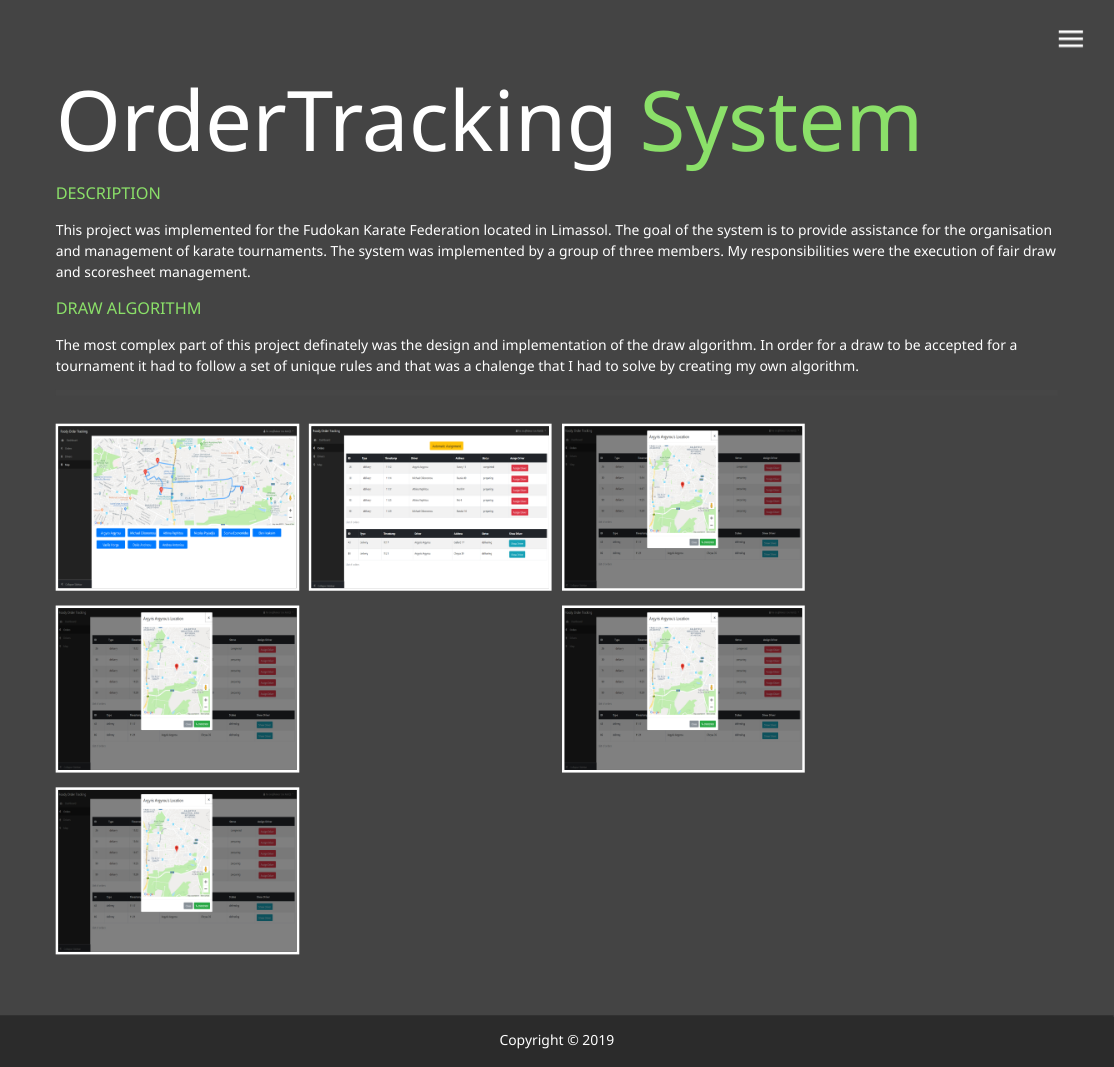
Repository: Preap/portfolio
Page: dist/projects/ordertracking.html
An editor plug-in stored every save of this project. The page is shown before and after the next save, followed by the edit.
The browser window is 1280 px wide. The pictures show the whole page, at 87% of full size.
Some web libraries are served in a nearby version.

Above is the page before, as saved 2019-06-06 01:45:54.

After the next save:
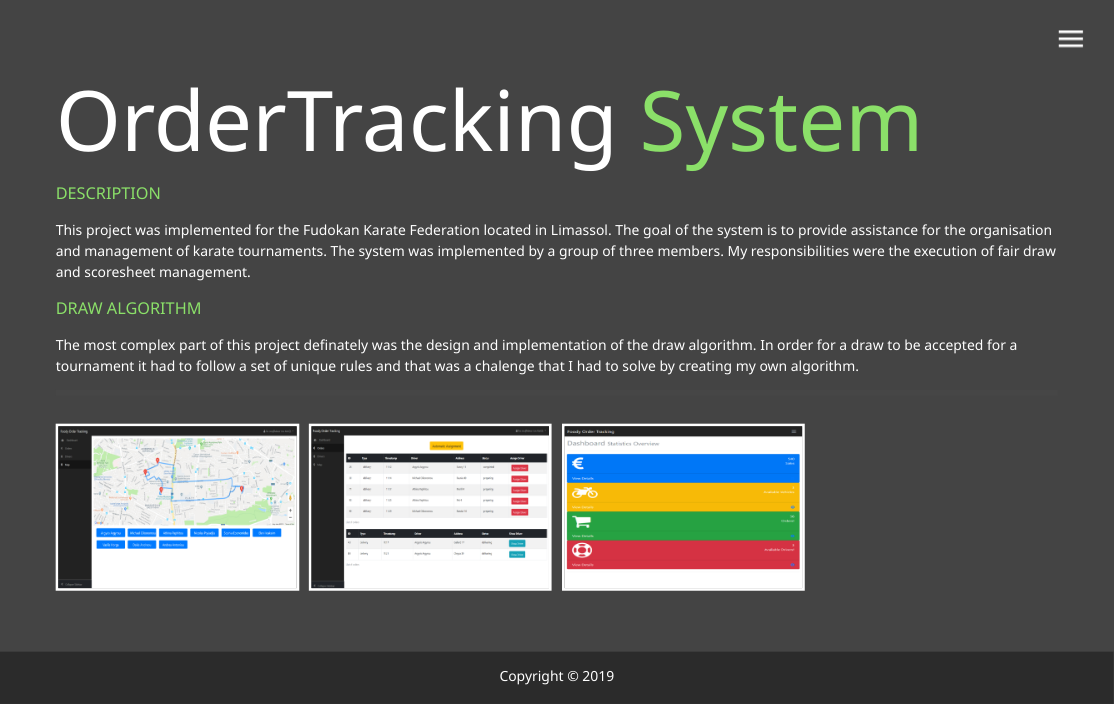
Saved 21 s later.
--- a/dist/projects/ordertracking.html
+++ b/dist/projects/ordertracking.html
@@ -75,19 +75,7 @@
         </div>
         <div class="item">
           <a href="#!">
-            <img src="../img/projects/ordertracking/image3.jpg" alt="ordertracking_image" />
-        </div>
-        <div class="item">
-                <a href="#!">
-                  <img src="../img/projects/ordertracking/image3.jpg" alt="ordertracking_image" />
-        </div>
-        <div class="item">
-                <a href="#!">
-                  <img src="../img/projects/ordertracking/image3.jpg" alt="ordertracking_image" />
-        </div>
-        <div class="item">
-                <a href="#!">
-                  <img src="../img/projects/ordertracking/image3.jpg" alt="ordertracking_image" />
+            <img src="../img/projects/ordertracking/iamge4.jpg" alt="ordertracking_image" />
         </div>
       <br>
 
